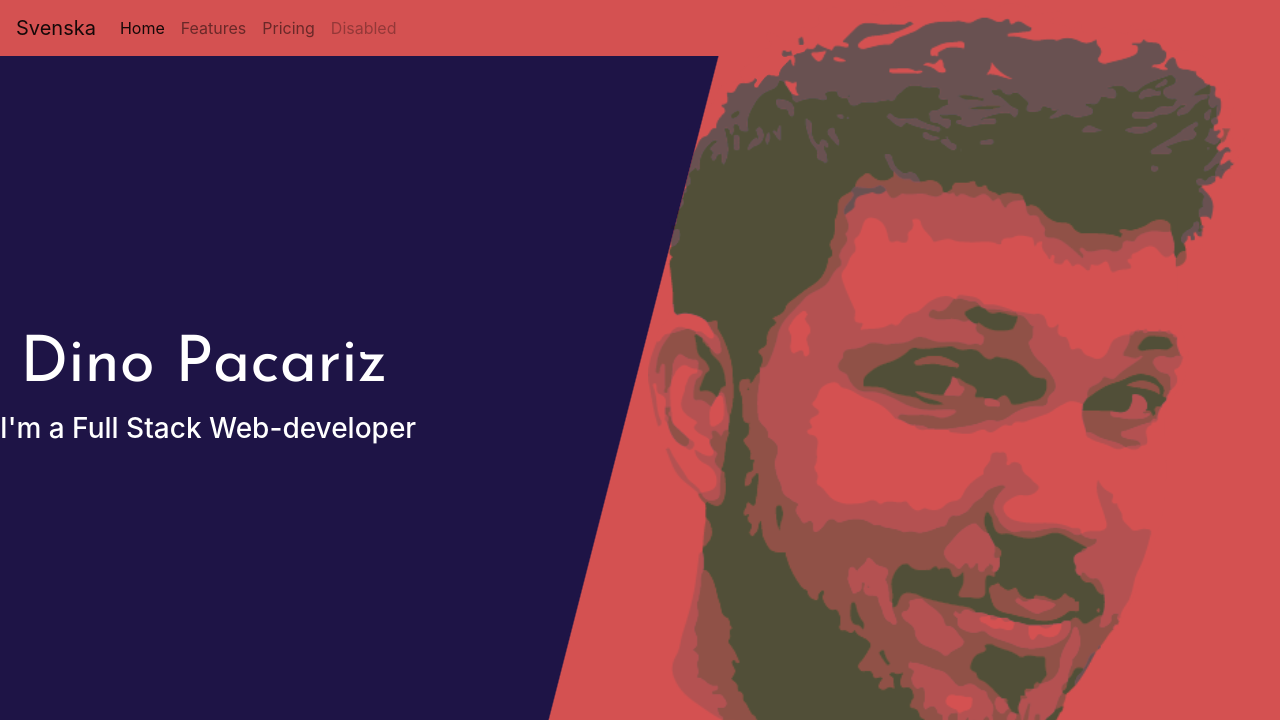
Repository: ImDino/Portfolio
Page: index.html
An editor plug-in stored every save of this project. The page is shown before and after the next save, followed by the edit.
The browser window is 1280 px wide. The pictures show the whole page.
Some web libraries are served in a nearby version. The style sheet was rebuilt from its Sass, Less or Tailwind sources for each picture, by a compiler version that may differ from the author's.

Above is the page before, as saved 2020-11-04 00:18:22.

### index.html
<!DOCTYPE html>
<html lang="en">
<head>
    <meta charset="UTF-8">
    <meta name="viewport" content="width=device-width, initial-scale=1.0">
    <link rel="stylesheet" href="https://cdn.jsdelivr.net/npm/bootstrap@4.5.3/dist/css/bootstrap.min.css" integrity="sha384-TX8t27EcRE3e/ihU7zmQxVncDAy5uIKz4rEkgIXeMed4M0jlfIDPvg6uqKI2xXr2" crossorigin="anonymous">
    <link href="https://fonts.googleapis.com/css2?family=Josefin+Sans&display=swap" rel="stylesheet">

    <script src="https://code.jquery.com/jquery-3.5.1.slim.min.js" integrity="sha384-DfXdz2htPH0lsSSs5nCTpuj/zy4C+OGpamoFVy38MVBnE+IbbVYUew+OrCXaRkfj" crossorigin="anonymous"></script>
    <script src="https://cdn.jsdelivr.net/npm/bootstrap@4.5.3/dist/js/bootstrap.bundle.min.js" integrity="sha384-ho+j7jyWK8fNQe+A12Hb8AhRq26LrZ/JpcUGGOn+Y7RsweNrtN/tE3MoK7ZeZDyx" crossorigin="anonymous"></script>
    <script src="https://cdnjs.cloudflare.com/ajax/libs/gsap/3.5.1/gsap.min.js"></script>
    <script src="/js/main.js"></script>


    <link rel="stylesheet" href="css/main.css">
    <title>Dino's Portfolio</title>
</head>
<body>
    <div id='pseudo-div'></div>
    <nav class="navbar navbar-expand-lg navbar-light bg-light">
        <!-- <a class="navbar-brand" href="#">Navbar</a> -->
        <a class="navbar-brand" id='lang' href="#">Svenska</a>
        <button class="navbar-toggler" type="button" data-toggle="collapse" data-target="#navbarNav" aria-controls="navbarNav" aria-expanded="false" aria-label="Toggle navigation">
          <span class="navbar-toggler-icon"></span>
        </button>
        <div class="collapse navbar-collapse" id="navbarNav">
          <ul class="navbar-nav">
            <li class="nav-item active">
              <a class="nav-link" href="#">Home <span class="sr-only">(current)</span></a>
            </li>
            <li class="nav-item">
              <a class="nav-link" href="#">Features</a>
            </li>
            <li class="nav-item">
              <a class="nav-link" href="#">Pricing</a>
            </li>
            <li class="nav-item">
              <a class="nav-link disabled" href="#" tabindex="-1" aria-disabled="true">Disabled</a>
            </li>
          </ul>
        </div>
    </nav>
    <div id='purple-div'>
        <h1>Dino Pacariz</h1>
        <h3>I'm a Full Stack Web-developer</h3>
    </div>
    <div id='face'>
        <img src="img/vectorFace.png" alt="">
    </div>
</body>
</html>

### js/main.js
document.addEventListener('DOMContentLoaded', () => {
    gsap.from("#purple-div", {duration: 1, x: -1000});
    gsap.from("#face", {duration: 1, opacity: 0});
    gsap.from("#face", {clearProps: 'all', duration: 1, x:100});
    TweenLite.from('#face', {y:20, ease:Linear.easeNone});

    // localStorage.clear()



    /*:::::::START:::::::::
    ::: Refresh Counter :::
    :::::::::::::::::::::*/

    if(localStorage.getItem('refreshCount') == null) {
        localStorage.setItem('refreshCount', 1);
    } else {
        let  localRefreshCount = localStorage.getItem('refreshCount')
        localRefreshCount++;
        localStorage.setItem('refreshCount', localRefreshCount);
    }
    if (parseInt(localStorage.getItem('refreshCount')) > 10) {
        localStorage.setItem('refreshCount', 1);
    }
    console.log('RefreshCount: '+localStorage.getItem('refreshCount'))


    /*::::::::END::::::::::
    ::: Refresh Counter :::
    :::::::::::::::::::::*/
})

### scss/main.scss


body {
    background-color: #D45151;
    color: white;
}

#pseudo-div {
    width: 100%;
    background-color: red;
}

.navbar {
    background-color: #D45151 !important;
}

#purple-div {
    padding-top: 60px;
    position: absolute;
    top: 0;
    bottom: 0;
    left: 0;
    right: 0;
    z-index: -1;
    background: linear-gradient(104.35deg, #1E1446 50%, rgba(255, 255, 255, 0) 50.1%);
    display: grid;
    place-content: center left;

    h1, h4 {
        margin-left: 20px;
        font-family: 'Josefin Sans', sans-serif;

        font-size: 4em;
    }
}

#face {
    position: fixed;
    top: 0;
    bottom: 0;
    left: 0;
    right: 0;
    display: grid;

    mix-blend-mode: darken;

    img {
        margin-right: 2rem;
        width: 600px;
        justify-self: right;
        align-self: center;
    }
}



/* //TODO
1. Darkmode, ställa in särskilda färger IFALL man är i darkmode? UX baby.

*/

After the next save:
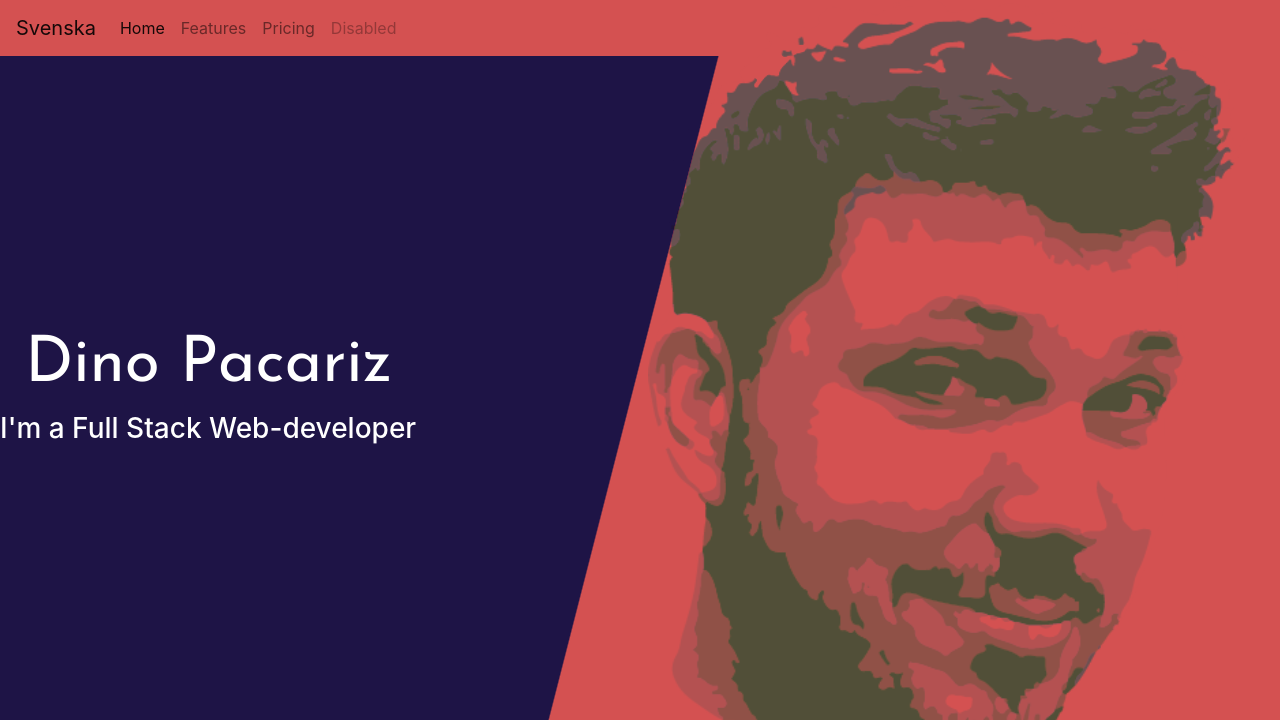
Saved 4 s later.
--- a/scss/main.scss
+++ b/scss/main.scss
@@ -27,7 +27,7 @@ body {
     place-content: center left;
 
     h1, h4 {
-        margin-left: 20px;
+        margin-left: 25px;
         font-family: 'Josefin Sans', sans-serif;
 
         font-size: 4em;
